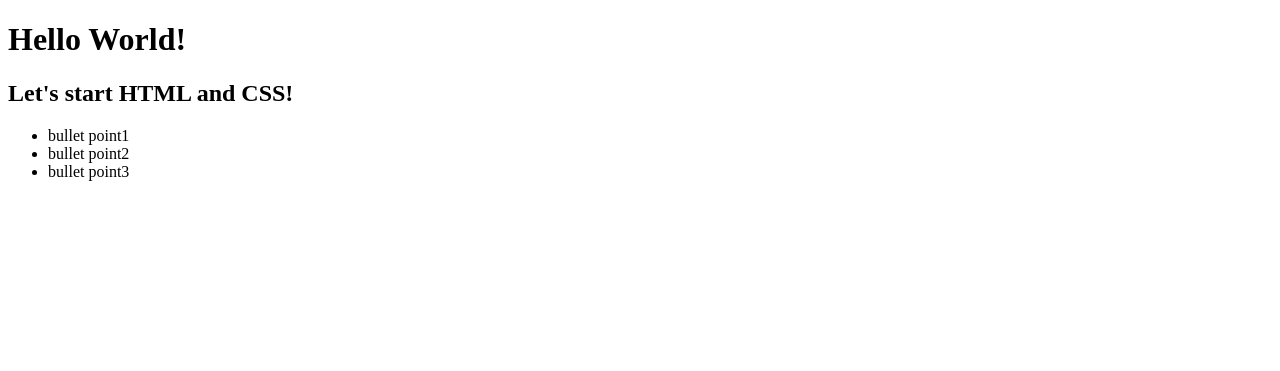
Repository: Souhei-en/samurai_HTML-CSS
Page: index.html
The author's editor kept a record of every edit. The page is drawn from the files as they stood at one moment, then again after the next edit.
The browser window is 1280 px wide. The pictures show the whole page.

Above is the page before.

### index.html
<!DOCTYPE html>
<html lang="en">
<head>
    <meta charset="UTF-8">
    <meta name="viewport" content="width=device-width, initial-scale=1.0">
    <meta http-equiv="X-UA-Compatible" content="ie=edge">
    <title>HTML/CSSの学習</title>
</head>
<body>


</html>
<h1>Hello World!</h1>
<h2>Let's start HTML and CSS!</h2>
<ul>
    <li>bullet point1</li>
    <li>bullet point2</li>
    <li>bullet point3</li>
</ul>

After the next edit:
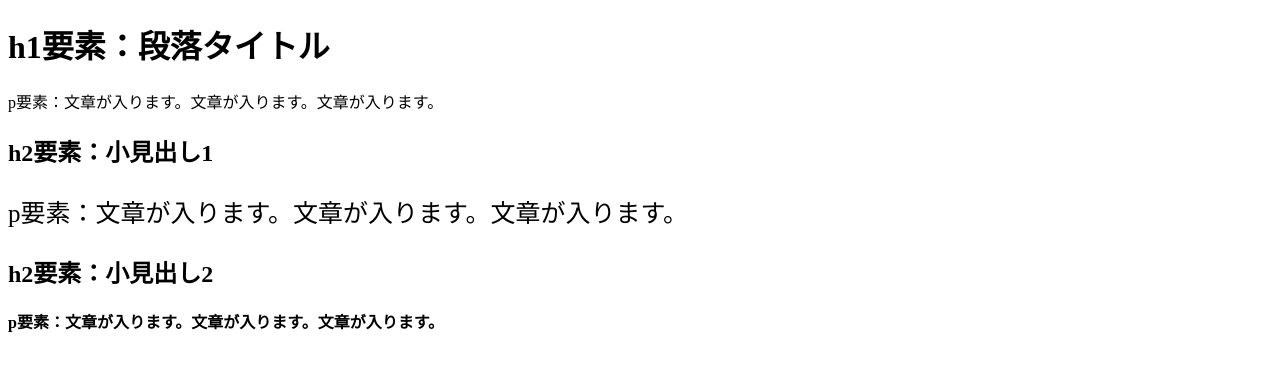
The edit:
--- a/index.html
+++ b/index.html
@@ -4,16 +4,23 @@
     <meta charset="UTF-8">
     <meta name="viewport" content="width=device-width, initial-scale=1.0">
     <meta http-equiv="X-UA-Compatible" content="ie=edge">
-    <title>HTML/CSSの学習</title>
-</head>
-<body>
-
-
-</html>
-<h1>Hello World!</h1>
-<h2>Let's start HTML and CSS!</h2>
-<ul>
-    <li>bullet point1</li>
-    <li>bullet point2</li>
-    <li>bullet point3</li>
-</ul>
+     <title>HTML/CSSの学習</title>
+    <style>
+      #red {
+        color: red;
+      }
+    </style>
+  </head>
+  <body>
+    <h1>h1要素：段落タイトル</h1>
+    <p>p要素：文章が入ります。文章が入ります。文章が入ります。</p>
+    <h2>h2要素：小見出し1</h2>
+    <p style="font-size: 25px;">
+      p要素：文章が入ります。文章が入ります。文章が入ります。
+    </p>
+    <h2>h2要素：小見出し2</h2>
+    <p style="font-weight: bold;">
+      p要素：文章が入ります。文章が入ります。文章が入ります。
+    </p>
+  </body>
+ </html>
